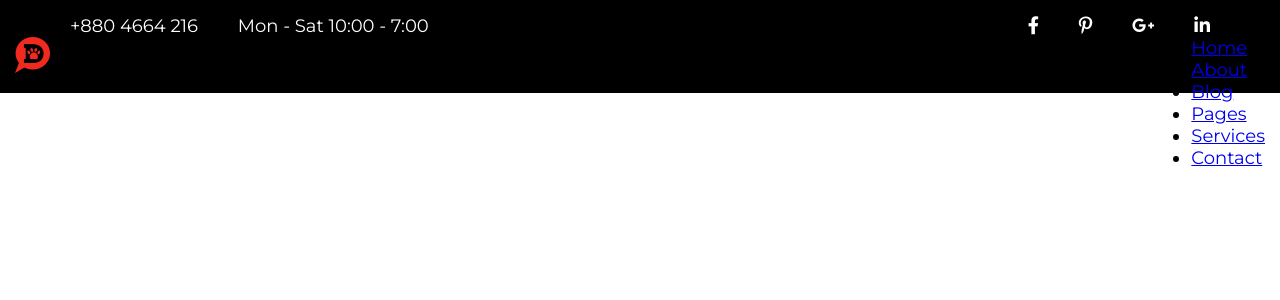
Repository: giahuy405/Day_2_Anipat
Page: index.html
The author's editor kept a copy of each file at every save. The page is drawn from the files as they stood at one save, then again after the next save.
The browser window is 1280 px wide. The pictures show the whole page.

Above is the page before, as saved 2022-09-08 23:02:36.

### index.html
<!DOCTYPE html>
<html lang="en">
<head>
    <meta charset="UTF-8">
    <meta http-equiv="X-UA-Compatible" content="IE=edge">
    <meta name="viewport" content="width=device-width, initial-scale=1.0">
    <title>Anipat</title>
    <link rel="stylesheet" href="https://cdnjs.cloudflare.com/ajax/libs/font-awesome/6.2.0/css/all.min.css">
    <link href="https://fonts.googleapis.com/css2?family=Montserrat:wght@300;400;500;700&display=swap" rel="stylesheet">
    <link rel="stylesheet" href="./css/index.css">
</head>
<body>
    <header>
        <div class="header-top">
            <div class="container">
                <div class="header__contact">
                    <a href="#">+880 4664 216 </a>
                    <span>Mon - Sat 10:00 - 7:00</span>
                </div>
                <div class="header__social">
                    <ul>
                        <li><a href="#"><i class="fa-brands fa-facebook-f"></i></a></li>
                        <li><a href="#"><i class="fa-brands fa-pinterest-p"></i></a></li>
                        <li><a href="#"><i class="fa-brands fa-google-plus-g"></i></a></li>
                        <li><a href="#"><i class="fa-brands fa-linkedin-in"></i></a></li>
                    </ul>
                </div>
                <div class="clear"></div>
            </div>
            <div class="header-bottom">
                <img src="./img/logo.png" alt="Logo">
                <ul>
                    <li><a href="#">Home</a></li>
                    <li><a href="#">About</a></li>
                    <li><a href="#">Blog</a></li>
                    <li><a href="#">Pages</a></li>
                    <li><a href="#">Services</a></li>
                    <li><a href="#">Contact</a></li>
                </ul>
            </div>
            </div>
    </header>
</body>
</html>

### css/index.css
*{
    padding: 0;
    margin: 0;
    box-sizing: border-box;
}
.clear{
    clear: both;
}
html{
    font-size: 18px;
    font-family: 'Montserrat', sans-serif;
}
.container{
    width: 1140px;
    margin: 0 auto;
}
.header__contact{
    float: left;
}
.header__social{
    float: right;
}
.header-top{
    background-color: black;
    padding: 15px;
}
.header__contact a{
     color: white;
     text-decoration: none;
     transition: all 0.2s;
}
.header__contact a:hover{
    color: red;
}
.header__contact span{
    color: white;
    margin-left: 35px;
}
.header__social ul{
    list-style: none;
}
.header__social li{
    display: inline;
    margin-left: 35px;
}
.header__social i{
    color: white;
    transition: all 0.2s;
}
.header__social i:hover{
    color: red;
}
.header-bottom ul{
    float: right;
}

After the next save:
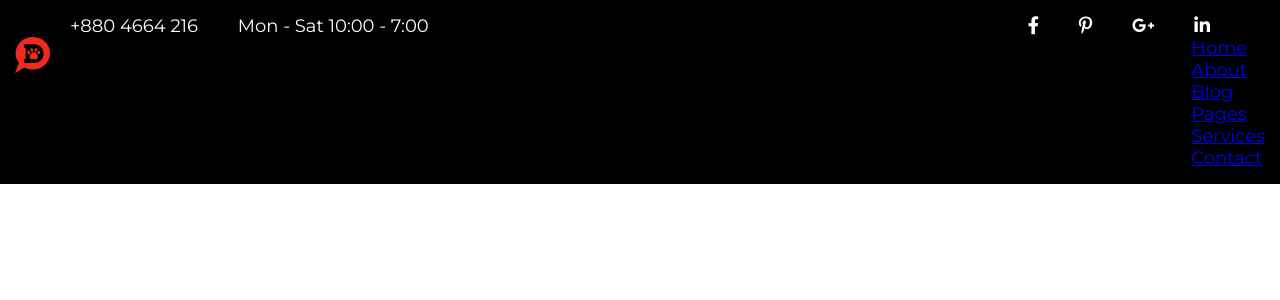
Saved 5 s later.
--- a/index.html
+++ b/index.html
@@ -37,6 +37,7 @@
                     <li><a href="#">Services</a></li>
                     <li><a href="#">Contact</a></li>
                 </ul>
+                <div class="clear"></div>
             </div>
             </div>
     </header>
